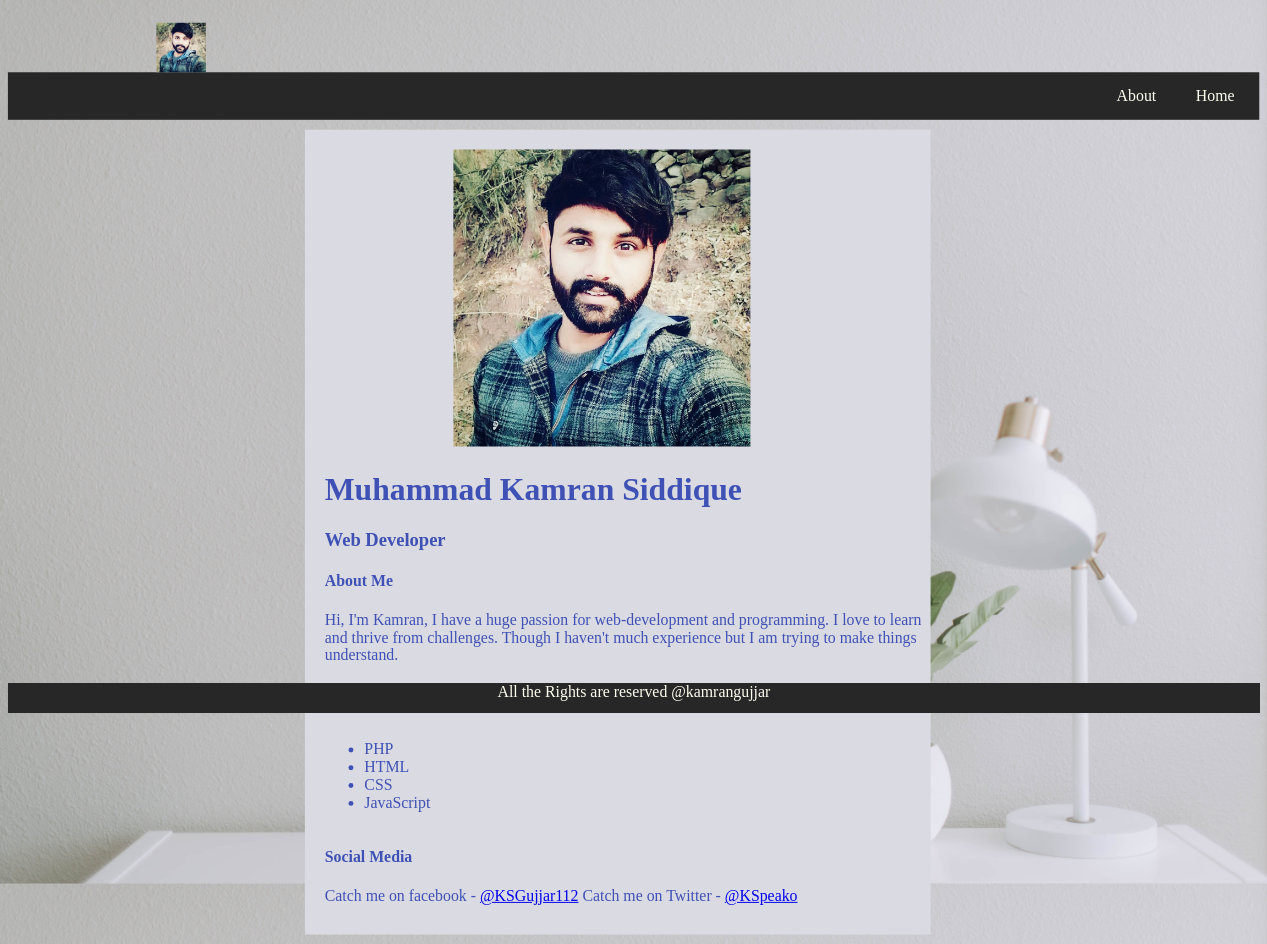
Repository: Kamrangujjar85112/Length-Converter
Page: html/about.html
The author's editor kept a copy of each file at every save. The page is drawn from the files as they stood at one save, then again after the next save.
The browser window is 1280 px wide. The pictures show the whole page, at 99% of full size.
Backgrounds fixed to the window are drawn as part of the page.

Above is the page before, as saved 2022-01-28 15:42:48.

After the next save:
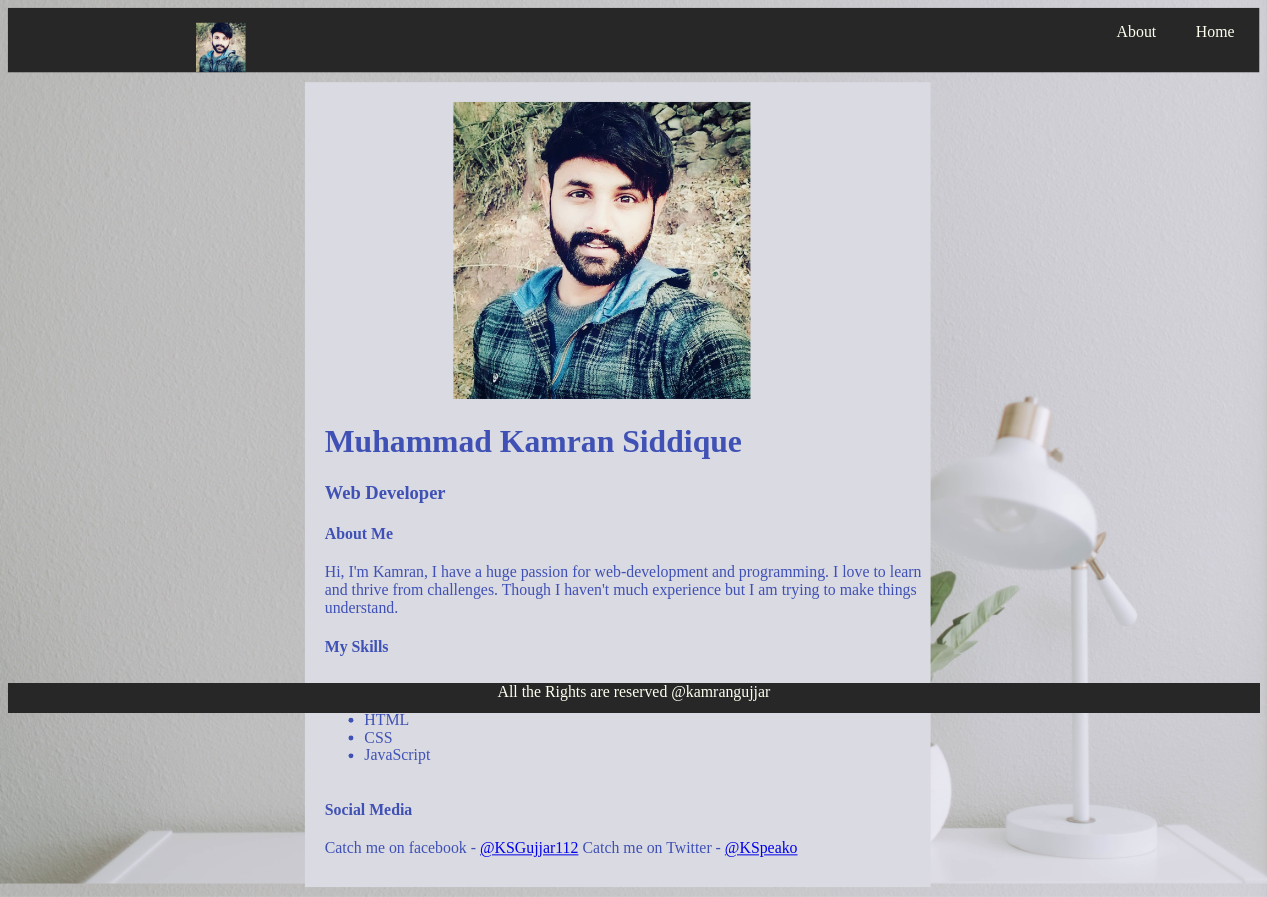
Saved 27 s later.
--- a/html/about.html
+++ b/html/about.html
@@ -14,8 +14,9 @@
         <!-- navbar -->
         <div class="header">
             <nav>
-                <img class="logo" src="/css/dp.jpg" alt="">
+
                 <ul class="nav-ul">
+                    <img class="logo" src="/css/dp.jpg" alt="">
                     <li class="nav-li"><a href="home.html">Home</a></li>
                     <li class="nav-li"><a href="about.html">About</a></li>
                 </ul>
